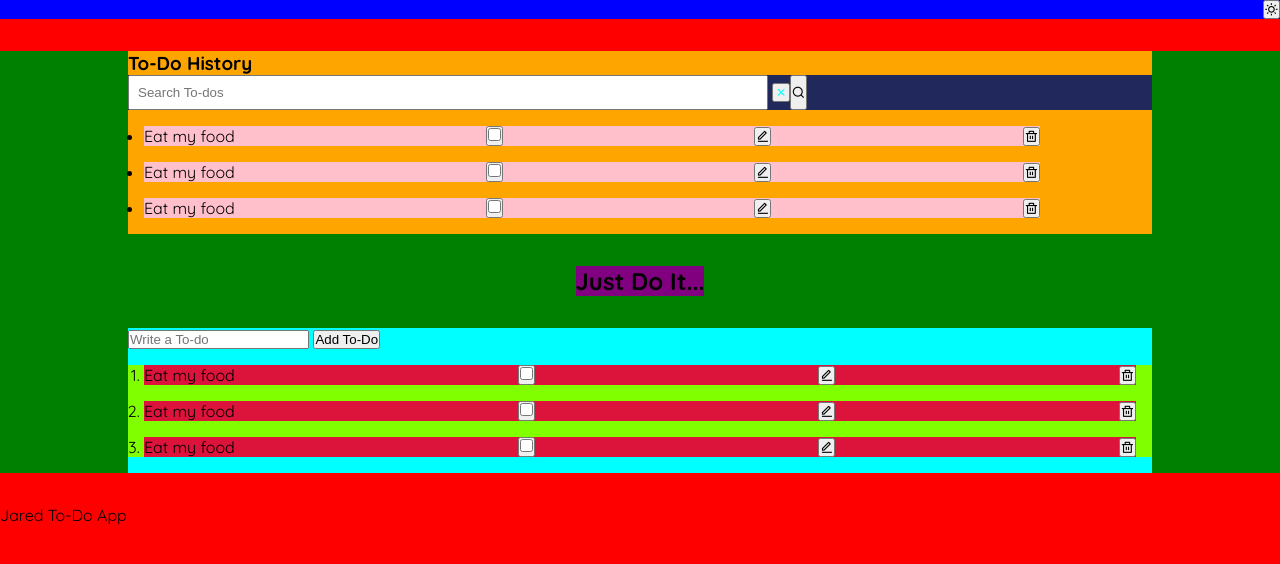
Repository: EguJaredoBoyd/Jared-ToDo-App
Page: main.html
The author's editor kept a copy of each file at every save. The page is drawn from the files as they stood at one save, then again after the next save.
The browser window is 1280 px wide. The pictures show the whole page.
Some web libraries are served in a nearby version.

Above is the page before, as saved 2025-12-23 21:19:41.
Not found: js/to-do.j

After the next save:
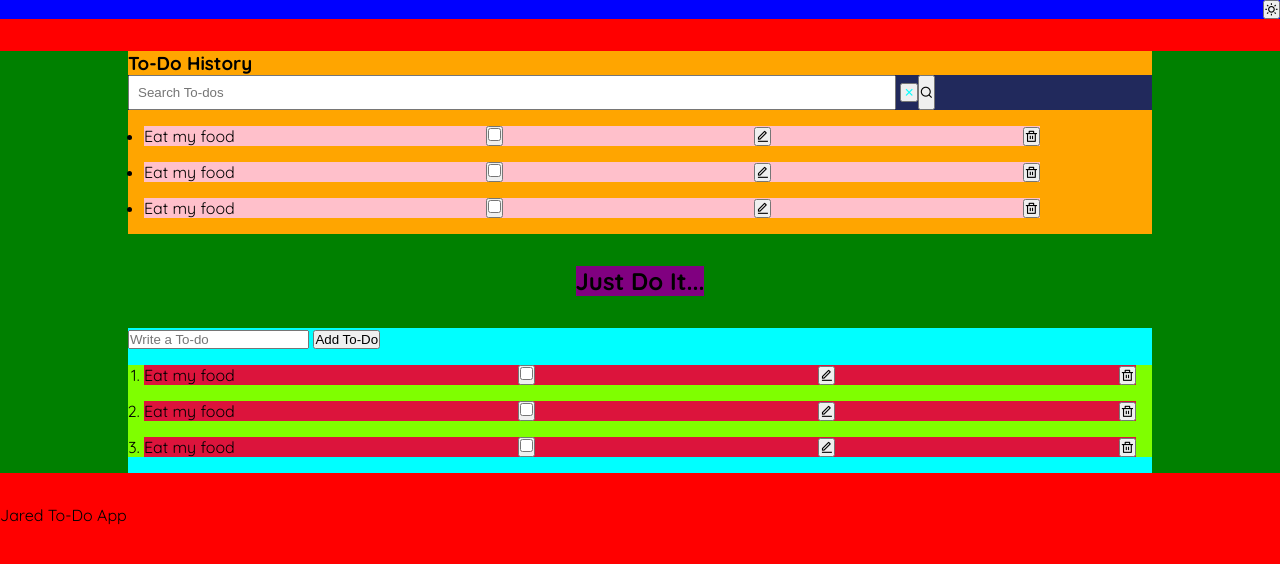
Saved 11 s later.
--- a/css/main.css
+++ b/css/main.css
@@ -59,7 +59,7 @@ main {
 }
 
 .todo-history__icon div input {
-  width: 50vw;
+  width: 60vw;
   padding: 0.5rem;
 }
 
